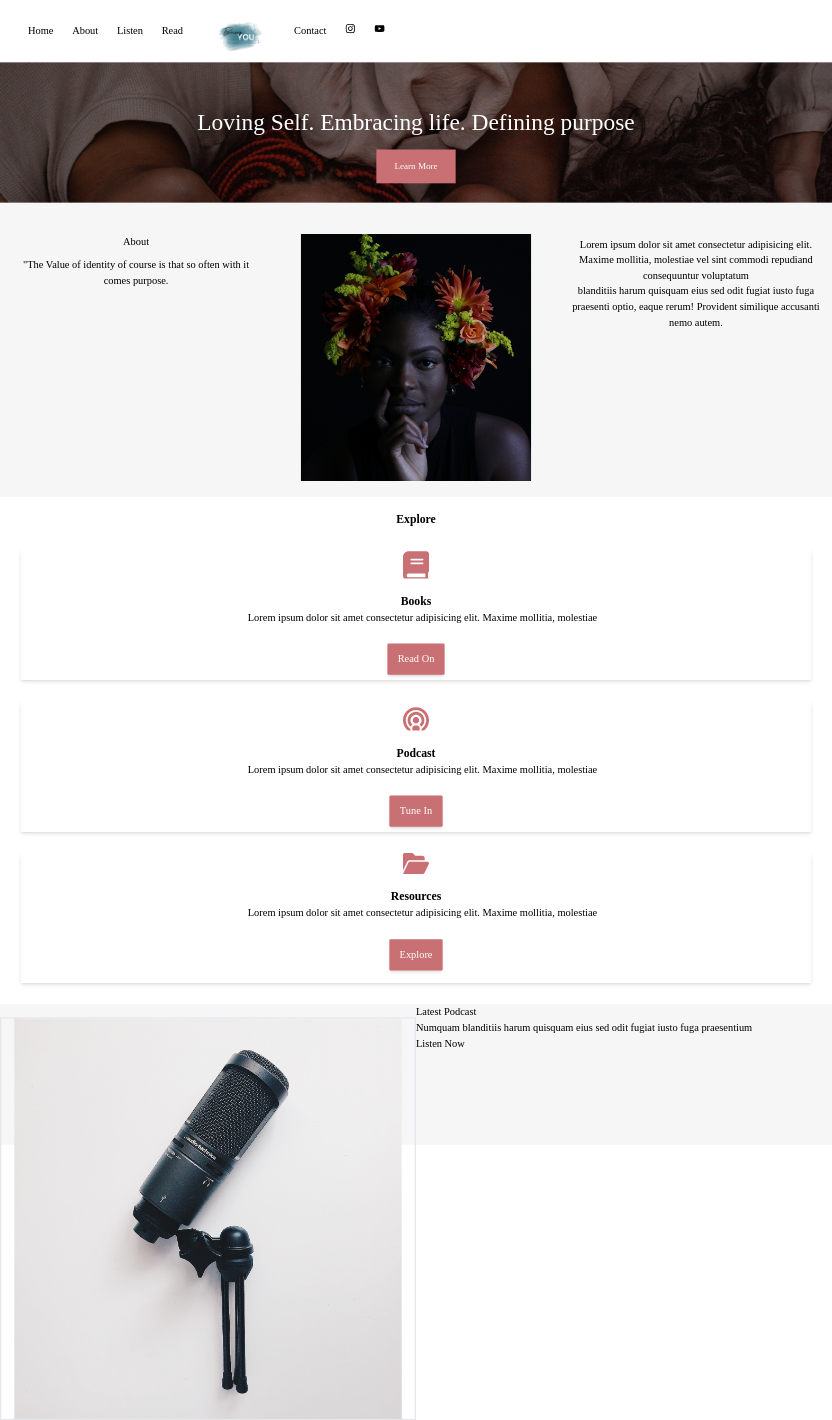
Repository: BrightonMboya/being-you
Page: /
These files come from the project's save history. The page is drawn as it stood at one moment and after the next save; the edit follows.
The browser window is 1280 px wide. The pictures show the whole page, at 65% of full size.
The project was rebuilt for these pictures with package versions that can differ from the ones it lists, and the page was loaded fresh each time.

Above is the page before, as saved 2022-05-28 17:19:58.

After the next save:
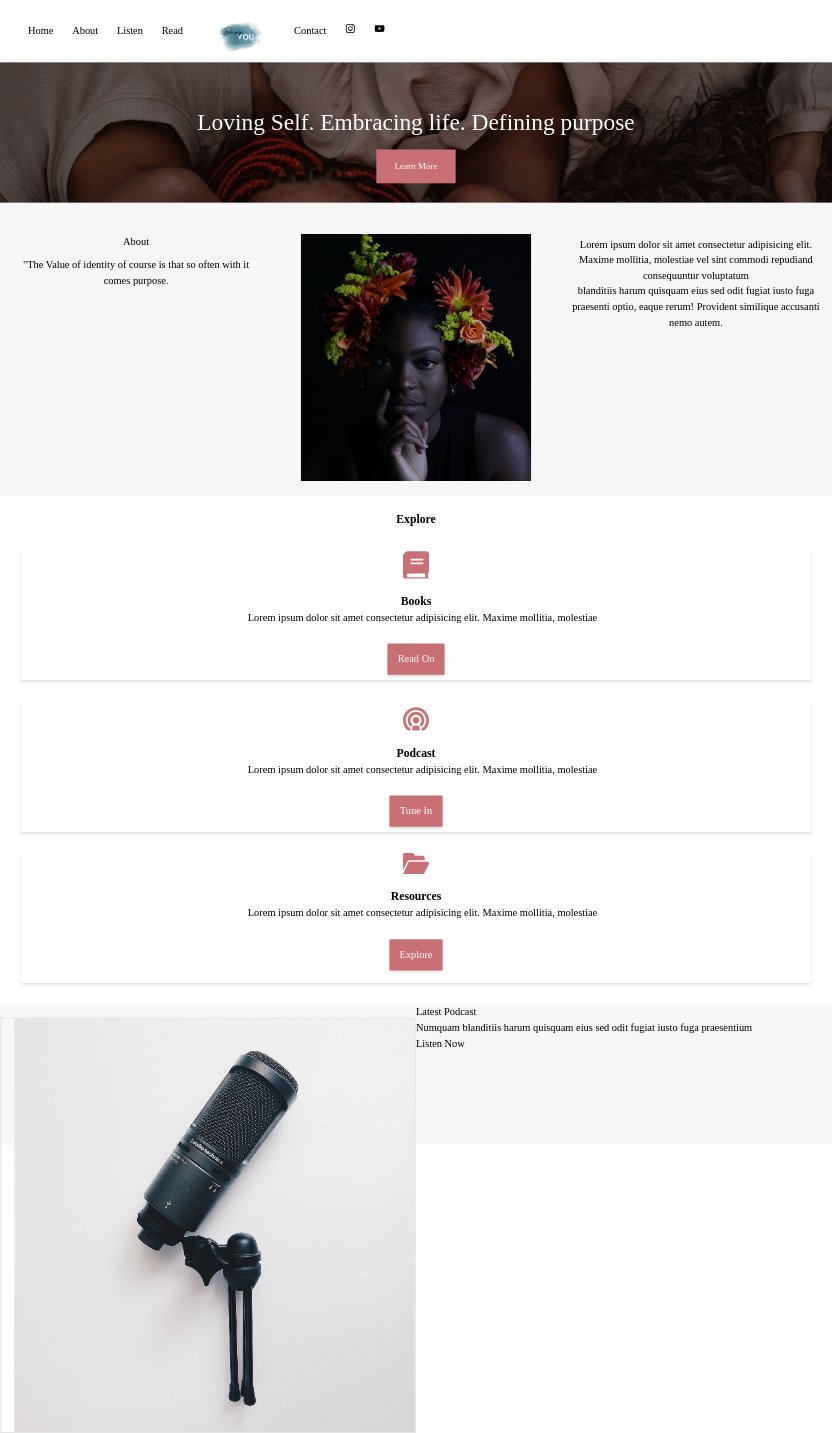
Saved 19 s later.
--- a/src/Components/Podcast/Podcast.jsx
+++ b/src/Components/Podcast/Podcast.jsx
@@ -5,7 +5,7 @@ const Podcast = () => {
   return (
     <div className="bg-[#F6F6F6] mt-8 h-[30vh]">
       <div className="grid grid-cols-2">
-        <img src={mic} alt=""  className="h-full w-30 object-cover px-5 mt-5 border-2"/>
+        <img src={mic} alt=""  className="h-full w-30 object-cover pl-5 mt-5 border-2"/>
         <div>
           <h3>Latest Podcast</h3>
           <p>
